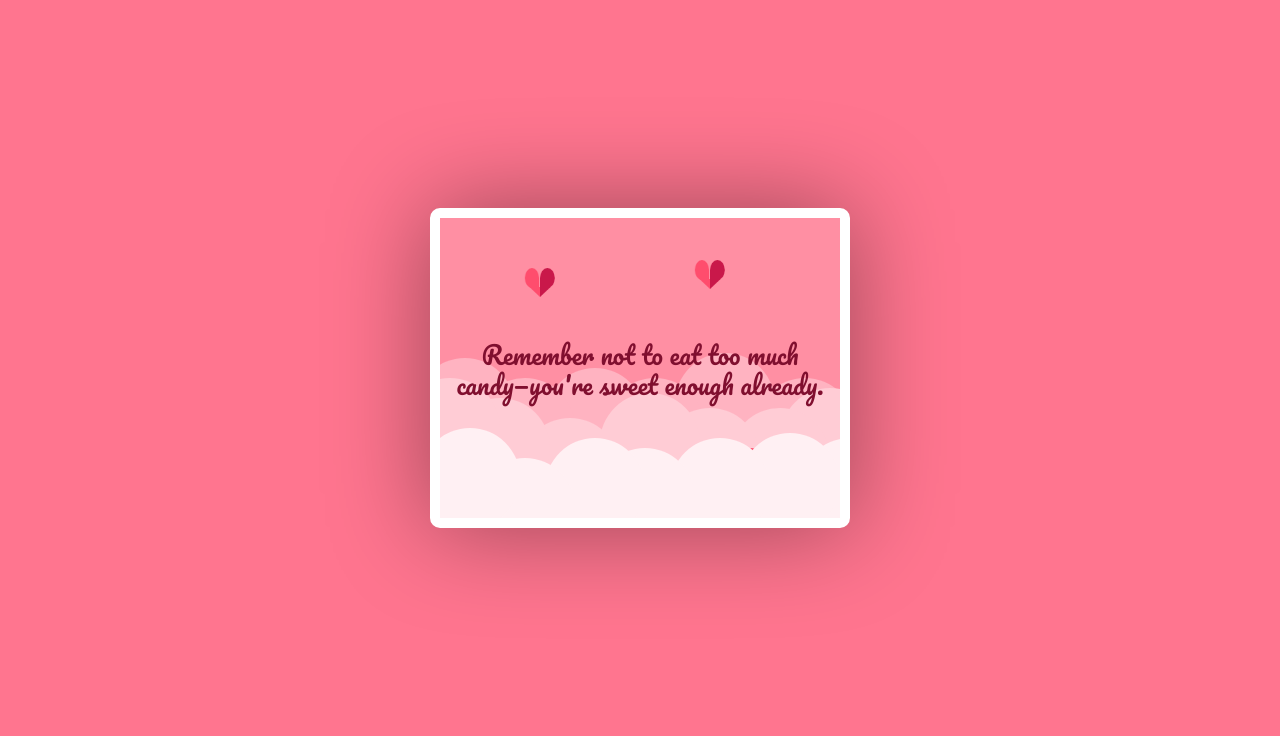
Repository: namtrung123456789/trannamtrung
Page: style.html
An editor plug-in stored every save of this project. The page is shown before and after the next save, followed by the edit.
The browser window is 1280 px wide. The pictures show the whole page.
The pointer rests on the first visible `.text`.

Above is the page before, as saved 2024-07-28 19:58:08.

After the next save:
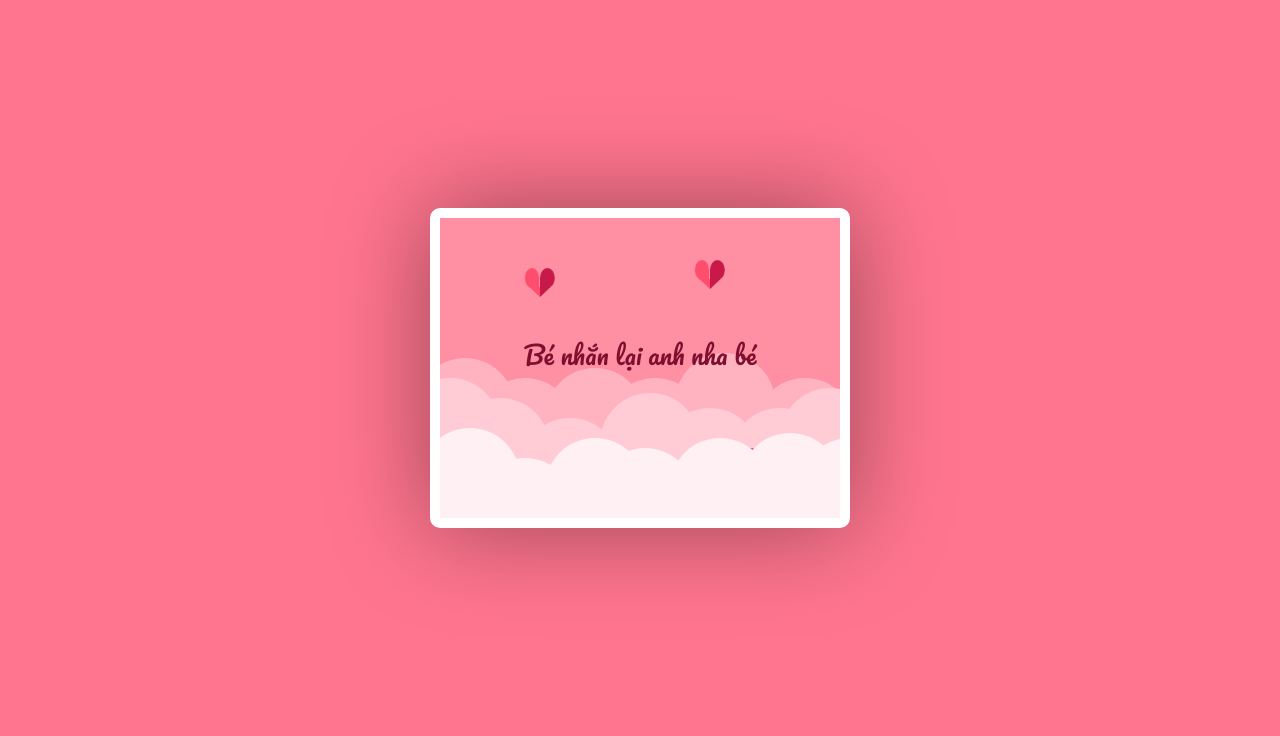
Saved 28 s later.
--- a/main.css
+++ b/main.css
@@ -184,7 +184,7 @@ body {
 }
 
 .text:hover:before {
-  content:"Remember not to eat too much candy—you're sweet enough already.";
+  content:"Bé nhắn lại anh nha bé";
   font-size:25px;
 
 }
